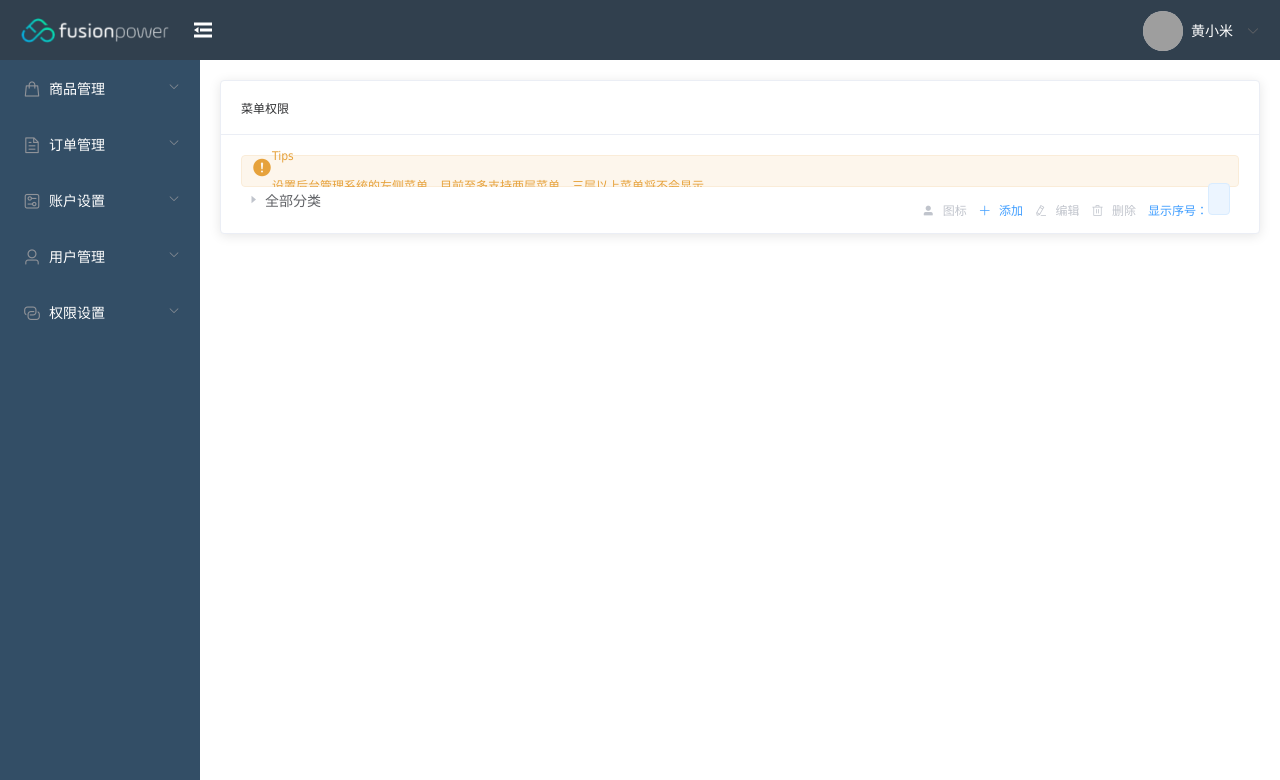
Repository: HanNing-cyber/vue-cms-project
Page: /#/auth/menu
The author's editor kept a copy of each file at every save. The page is drawn from the files as they stood at one save, then again after the next save.
The browser window is 1280 px wide. The pictures show the whole page.
Pictures or frames that could not be fetched are drawn as grey boxes. The project was rebuilt for these pictures with package versions that can differ from the ones it lists, and the page was loaded fresh each time. Also part of the build but not shown: vue.config.js, src/views/Login.vue, src/views/Register.vue.

Above is the page before, as saved 2020-05-06 00:34:13.

After the next save:
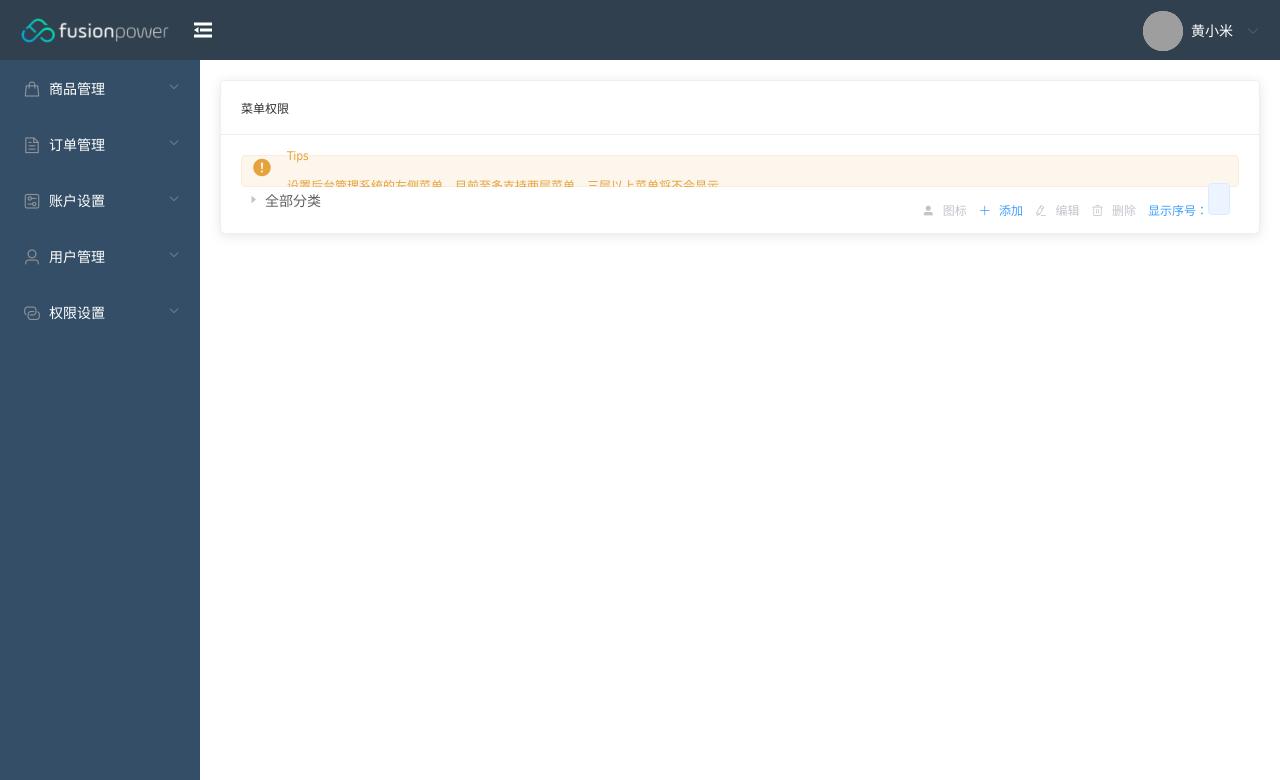
Saved 28 s later.
--- a/src/views/Auth/Menu.vue
+++ b/src/views/Auth/Menu.vue
@@ -221,9 +221,12 @@
 		padding-left: 10px;
 	}
 	.tip-tag{
-		padding: 10px;
 		display: flex;
 		justify-content: flex-start;
 		align-items: center;
+
+		.right-tip{
+			margin-left: 15px;
+		}
 	}
 </style>
